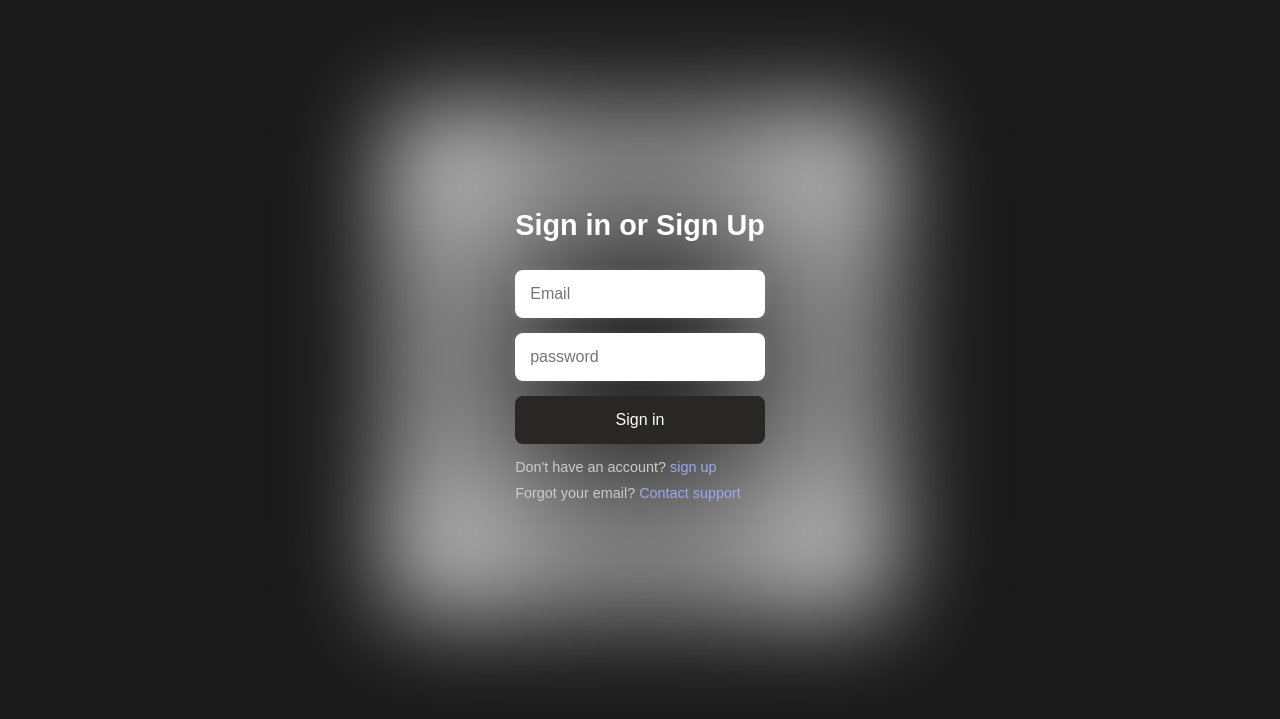
Repository: cmd-keyu/mobileppsh
Page: pages/login.html
An editor plug-in stored every save of this project. The page is shown before and after the next save, followed by the edit.
The browser window is 1280 px wide. The pictures show the whole page.

Above is the page before, as saved 2024-11-12 00:21:51.

After the next save:
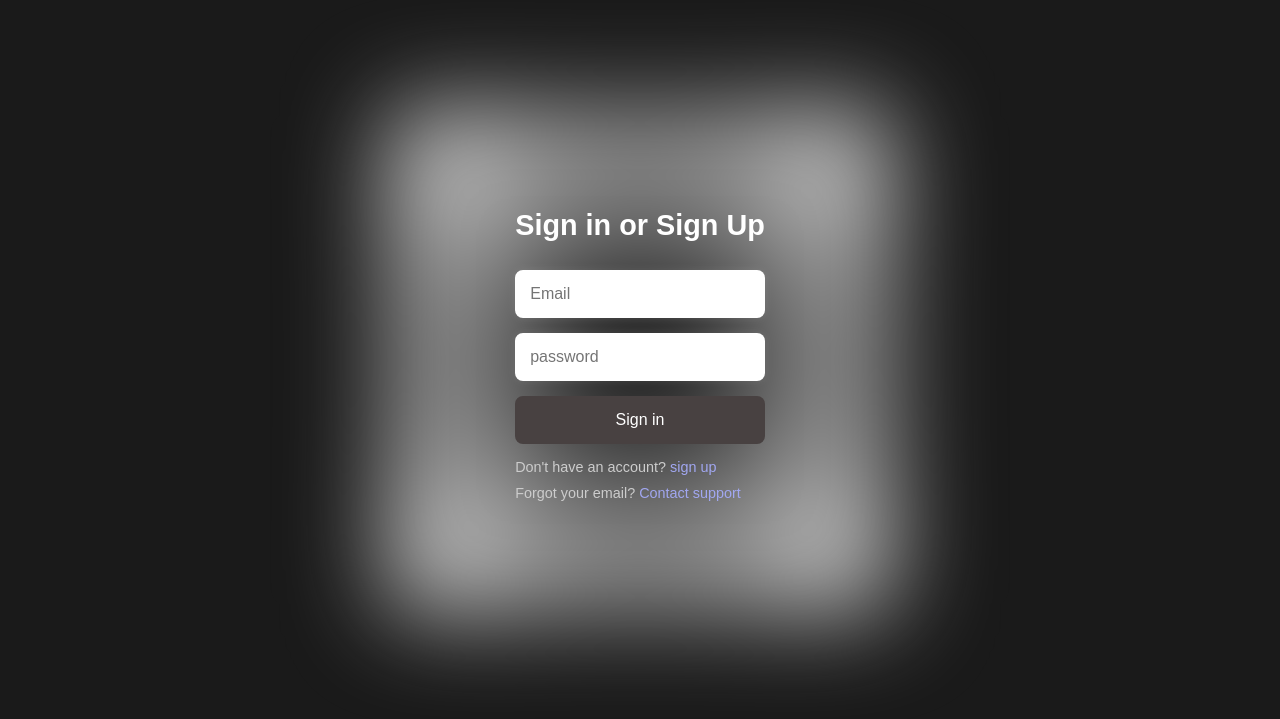
Saved 5 s later.
--- a/css/login.css
+++ b/css/login.css
@@ -88,7 +88,7 @@
   button {
     padding: 15px;
     font-size: 1em;
-    background-color: rgb(41, 38, 38);
+    background-color: rgb(72, 65, 65);
     color: #fff;
     border: none;
     border-radius: 8px;
